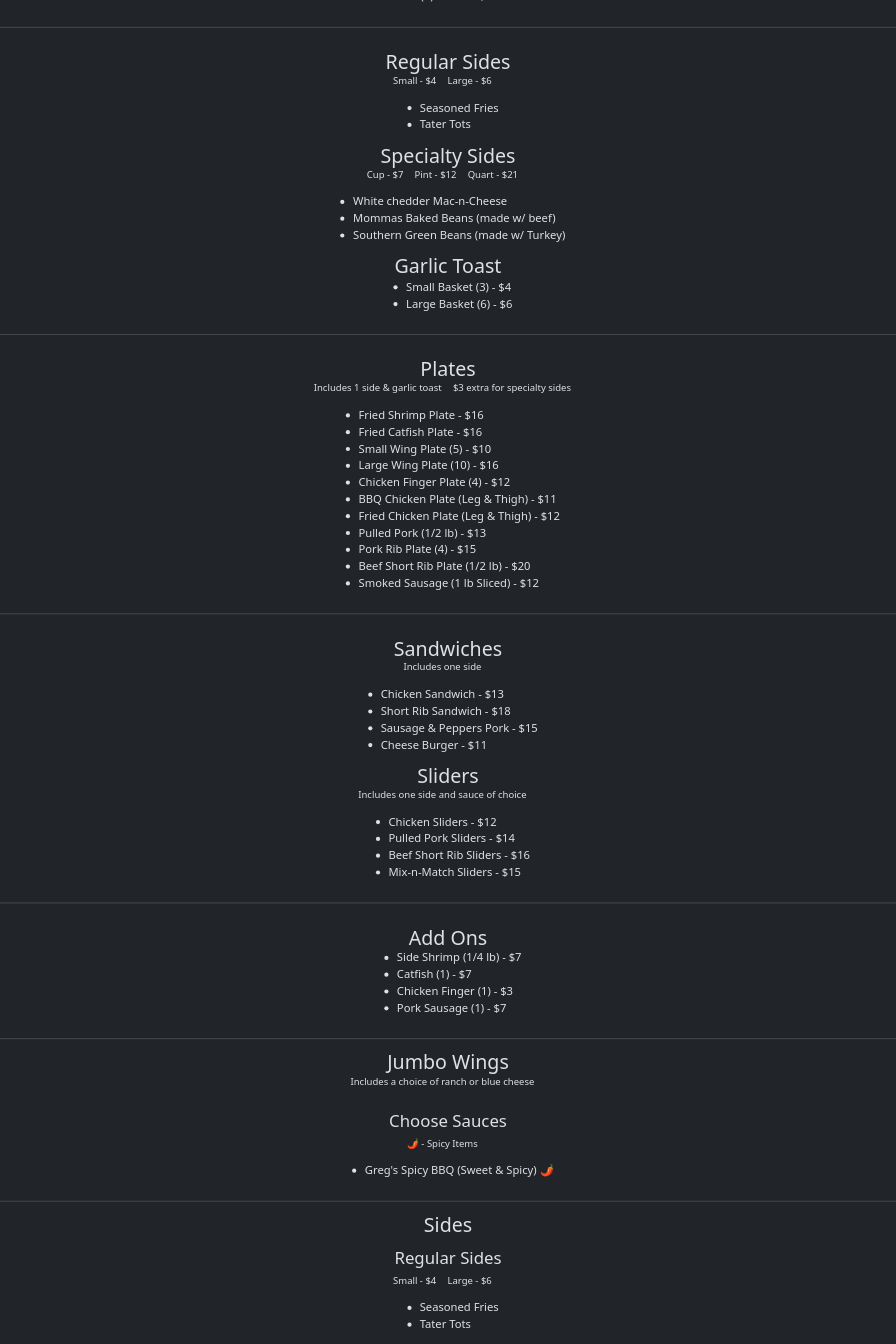
Repository: dukedward/smokehousemenu
Page: plates/index.html
The author's editor kept a copy of each file at every save. The page is drawn from the files as they stood at one save, then again after the next save.
The browser window is 1280 px wide. The pictures show the part of the page from y = 1248 to 3168 px (the page is 3168 px tall before and 2716 px after), at 70% of full size.
Some web libraries are served in a nearby version.

Above is the page before, as saved 2023-03-06 13:31:18.

After the next save:
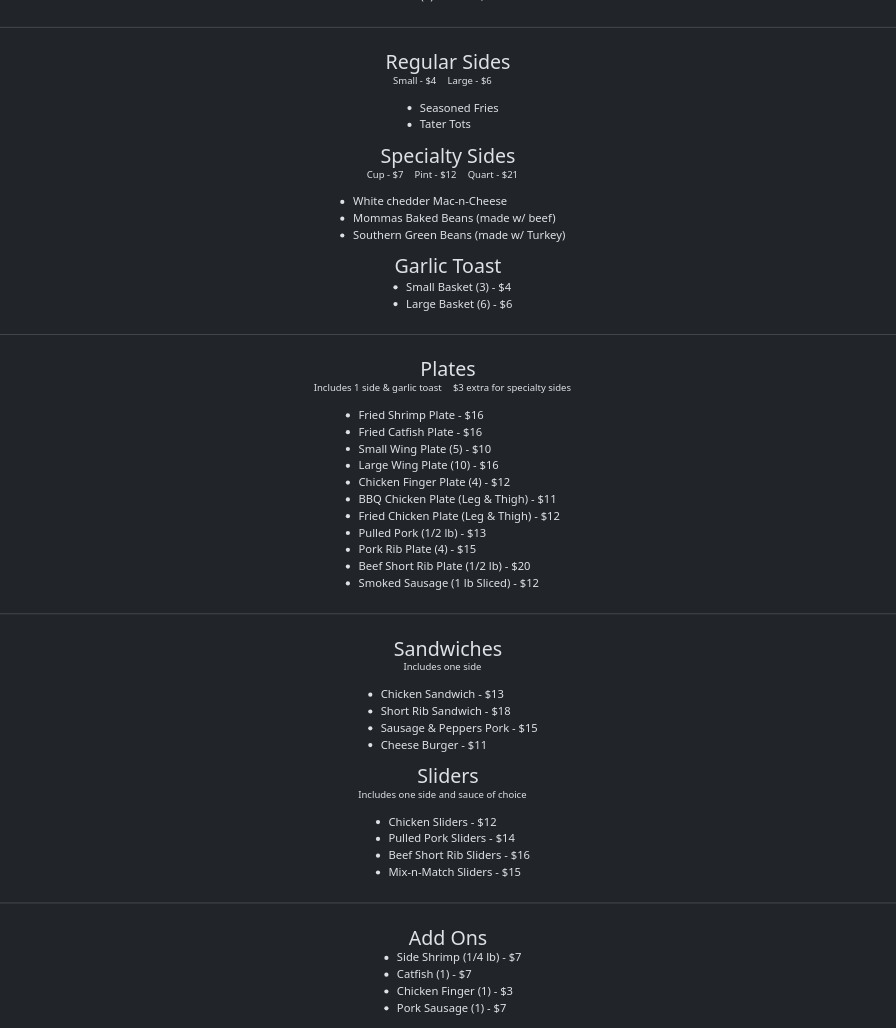
Console error: SyntaxError: Cannot use import statement outside a module
Saved 3 min 35 s later.
--- a/script.js
+++ b/script.js
@@ -3,76 +3,9 @@ const bottom = document.querySelector('.bottom');
 const sections = document.querySelector('.sections');
 
 // API Data
-const categories = [
-    {
-        name: 'Jumbo Wings',
-        hasSubSection: true,
-        description: [
-            {
-                text: 'Includes a choice of ranch or blue cheese',
-            },
-        ],
-    },{
-        name: 'Sides',
-        hasSubSection: true,
-        description: [],
-    },
-];
-const products = [
-    {
-        name: 'Greg\'s Spicy BBQ (Sweet & Spicy) 🌶️',
-        image: '',
-        price: 0,
-        category: {
-            _id: '640533ab345c72c36a197c35',
-            name: 'Jumbo Wings'
-        },
-    }, {
-        name: 'Seasoned Fries',
-        image: '',
-        price: 0,
-        category: {
-            _id: '87689736897163987',
-            name: 'Sides'
-        }
-    }, {
-        name: 'Tater Tots',
-        image: '',
-        price: 0,
-        category: {
-            _id: '87689736897163987',
-            name: 'Sides'
-        }
-    }
-];
-const subCategories = [
-    {
-        name: 'Choose Sauces',
-        description: [
-            {
-                text: '🌶️ - Spicy Items',
-            },
-        ],
-        category: {
-            _id: '640533ab345c72c36a197c35',
-            name: 'Jumbo Wings'
-        },
-    }, {
-        name: 'Regular Sides',
-        description: [
-            {
-                text: 'Small - $4'
-            },
-            {
-                text: 'Large - $6'
-            }
-        ],
-        category: {
-            _id: '87689736897163987',
-            name: 'Sides'
-        }
-    }
-];
+import * as categories from './testData/categories'
+import * as products from './testData/products'
+import * as subCategories from './testData/subCategories'
 
 document.body.onload = addSection;
 
